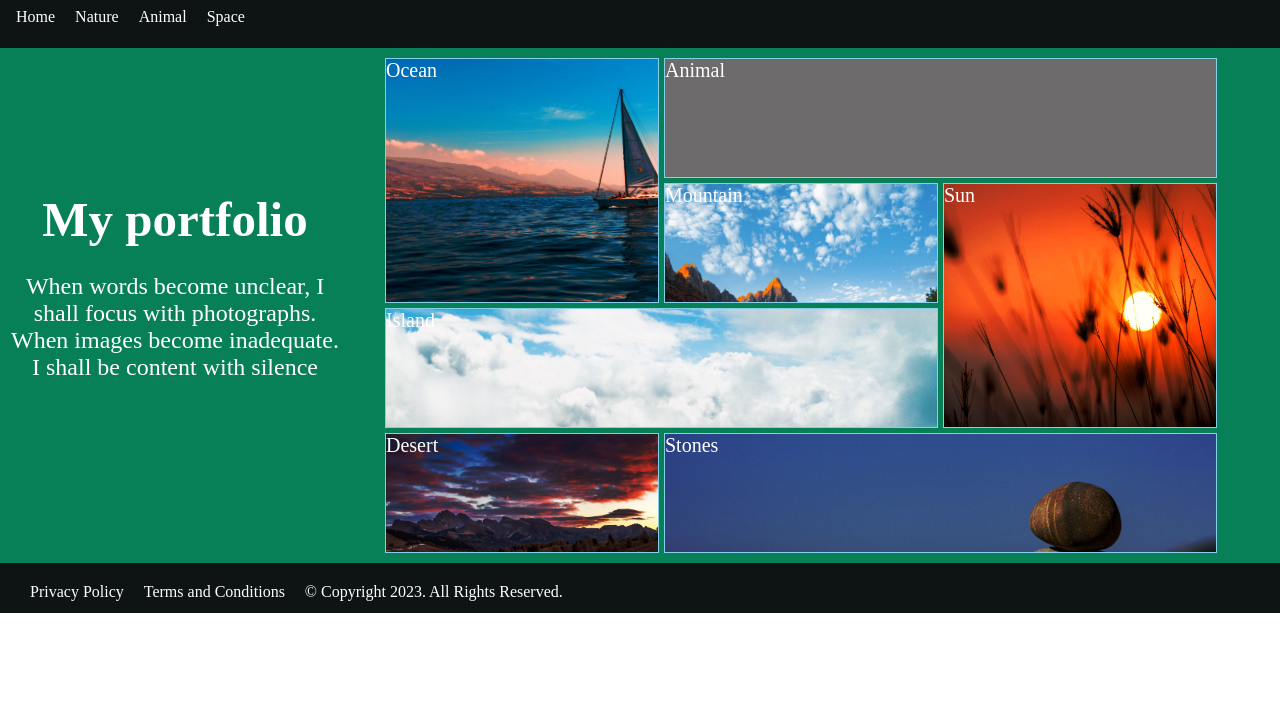
Repository: suraj-yadav7/03_Gallery_Portfolio
Page: index.html
These files come from the project's save history. The page is drawn as it stood at one moment and after the next save; the edit follows.
The browser window is 1280 px wide. The pictures show the whole page.
Pictures or frames that could not be fetched are drawn as grey boxes. Some web fonts or font styles are not loaded; a fallback is used.

Above is the page before, as saved 2023-02-14 21:39:49.

### index.html
<!DOCTYPE html>
<html lang="en">
<head>
    <meta charset="UTF-8">
    <meta http-equiv="X-UA-Compatible" content="IE=edge">
    <meta name="viewport" content="width=device-width, initial-scale=1.0">
    <title>Gallery</title>
    <link rel="stylesheet" href="style.css">
</head>
<body>
    <nav class="nav-section">
        <div class="nav-container">
        <ul class="nav-item flex">
            <li>    <a href="#">Home</a>   </li>
            <li>    <a href="#">Nature</a> </li>
            <li>    <a href="#">Animal</a> </li>
            <li>    <a href="#">Space</a> </li>
        </ul>
        </div>
    </nav>

        <div class="container flex">
            <div class="header-text">
                <h1 class="heading">My portfolio</h1>
                <p class="para">When words become unclear, I shall focus with photographs. When images become inadequate. I shall be content with silence</p>
            </div>
            <div class="gallery-layout">
                <div class="box" id="box1">Ocean</div>
                <div class="box" id="box2">Animal</div>
                <div class="box" id="box3">Mountain</div>
                <div class="box" id="box4">Sun</div>
                <div class="box" id="box5">Island</div>
                <div class="box" id="box6">Desert</div>
                <div class="box" id="box7">Stones</div>
            </div>
        </div>
        <footer>
            <div class="flex">
                <a>Privacy Policy</a>
                <a>Terms and Conditions</a>
                <a>© Copyright 2023. All Rights Reserved.</a>
            </div>
        </footer>
</body>
</html>

### style.css
@import url('https://fonts.googleapis.com/css2?family=Bodoni+Moda:ital,opsz@0,6..96;1,6..96&display=swap');

*{
    margin: 0;
    padding: 0;
    box-sizing: border-box;
}

:root{
    --primary-text-color: #1a0000;
    --secondary-text-color:  #33331a;
    --accent-color:  #cc99ff;
    --accent-dark-color: #4d88ff;
    --padding-inline-section: 20px;
}


/* Utility */


a{
    text-decoration: none;
    color: rgb(255, 255, 255);


}

.flex{
    display: flex;
    align-items: center;

}

/* Nav section */
.nav-container{
    background-color: rgb(14, 20, 20);
    padding: 1rem;
    font-family: 'Bodoni Moda', serif;
    font-size: 1rem;
    height: 3rem;


}
.nav-item{
    gap: 20px;
    list-style: none;
    margin-top: -0.5rem;
}
a:hover{
    color:#fff;
}

/*main -section */
.container{
    background-color: rgb(7, 127, 87);
    padding-block: 10px;
    gap: 35px;
    font-family: "bodoni modo" ;
    height: 100%;

}
.header-text{
    height: 250px;
   width: 350px;
    color: white;
    text-align: center;
    padding: 10px;

}
.heading{
    font-size: 49px;
}
.para{
    margin-top: 25px;
    font-size: 1.5rem;
}
.gallery-layout{
    display: grid;
    row-gap: 5px;
    column-gap: 5px;
    grid-template-columns: repeat(3, 1fr);
    grid-auto-rows: 120px;
    flex-basis: 65%;

}

.box{
    background-color: rgb(63, 60, 60);
    border: 1px solid skyblue;
    background-size: cover;
    background-position: top;
    background-blend-mode: hard-light;
    transition: all 1s ease-in-out;
    cursor: pointer;
    color: white;
    font-size: 20px;


}
.box:hover{
    background-color:rgb(210, 204, 204) ;
    background-position: center;

    box-shadow: 0 0 4px #fff;

}

#box1{
    grid-row: span 2;
    background-image: url("images/pexels-szelei-robert-1482193.jpg");


}

#box2{
    grid-column: span 2;
    background-image: url("images/pexels-dsd-1829979.jpg");

}
#box3{
    background-image: url("images/pexels-michael-block-3225517.jpg");

}

#box4{
    grid-row: span 2;
    background-image: url("images/pexels-darwis-alwan-1454752.jpg");
}

#box5{
    grid-column: span 2;
    background-image: url("images/pexels-michael-block-3225524.jpg");

}
#box6{
    background-image: url("images/pexels-michal-lizuch-2919720.jpg");

}

#box7{
    grid-column: span 2;
    background-image: url("images/pexels-pixabay-235990.jpg");

}


/* Footer */
footer{
    height: 50px;
    max-width: 100%;
    background-color: rgb(14, 20, 20);
    padding: var(--padding-inline-section);
    font-family: 'Bodoni Moda', serif;
    font-size: 1rem;
}
footer a{
margin:0 10px;
}
/* media queries for Mobile Responsiveness */

@media screen and (max-width: 1024px){

    .container{
        flex-direction: column;
        padding: 20px;
    }
    .box{
        grid-column: span 3;
        grid-row: span 1;

    }
.gallery-layout{
    margin-top:-20px;
    width: 100%;
    grid-auto-rows: 100px;
    padding-inline: 12px;
    row-gap: 10px;

}
#box2, #box5, #box7{
    grid-column: span 3;
}

}

After the next save:
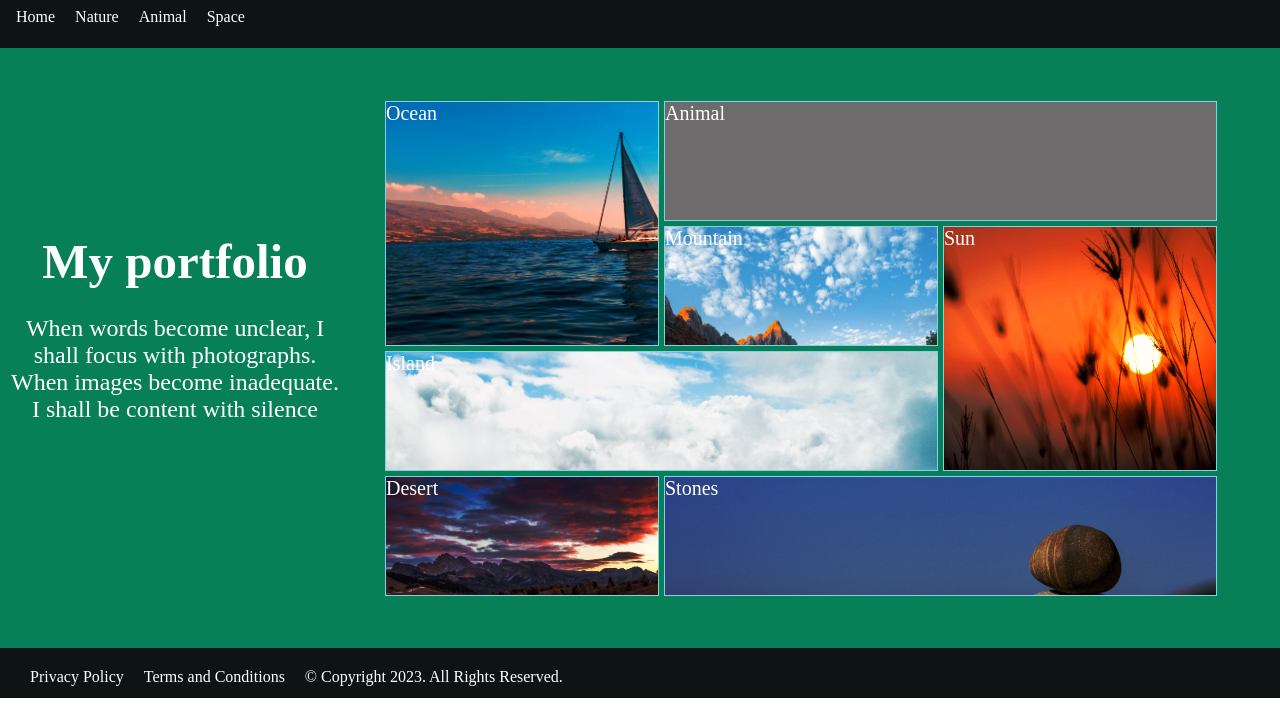
Saved 40 s later.
--- a/style.css
+++ b/style.css
@@ -56,7 +56,7 @@
     padding-block: 10px;
     gap: 35px;
     font-family: "bodoni modo" ;
-    height: 100%;
+    height: 600px;
 
 }
 .header-text{

After the save that followed:
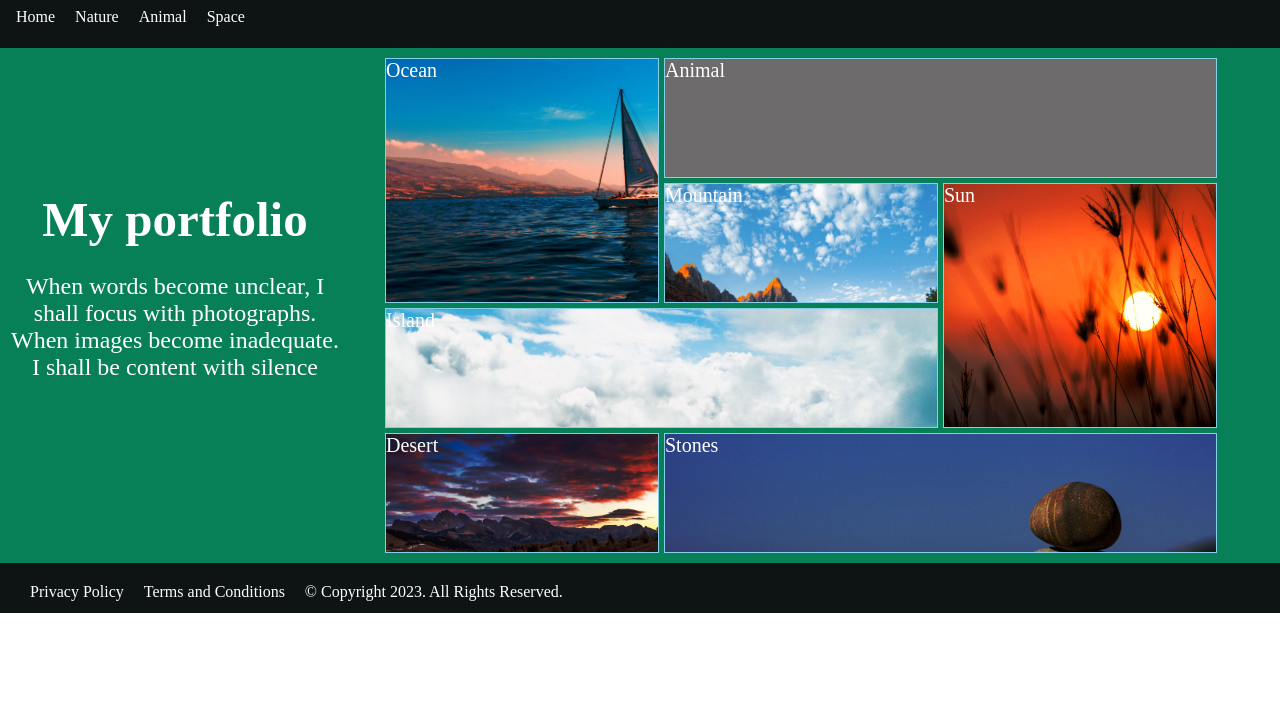
Saved 18 s later.
--- a/style.css
+++ b/style.css
@@ -56,7 +56,6 @@
     padding-block: 10px;
     gap: 35px;
     font-family: "bodoni modo" ;
-    height: 600px;
 
 }
 .header-text{
